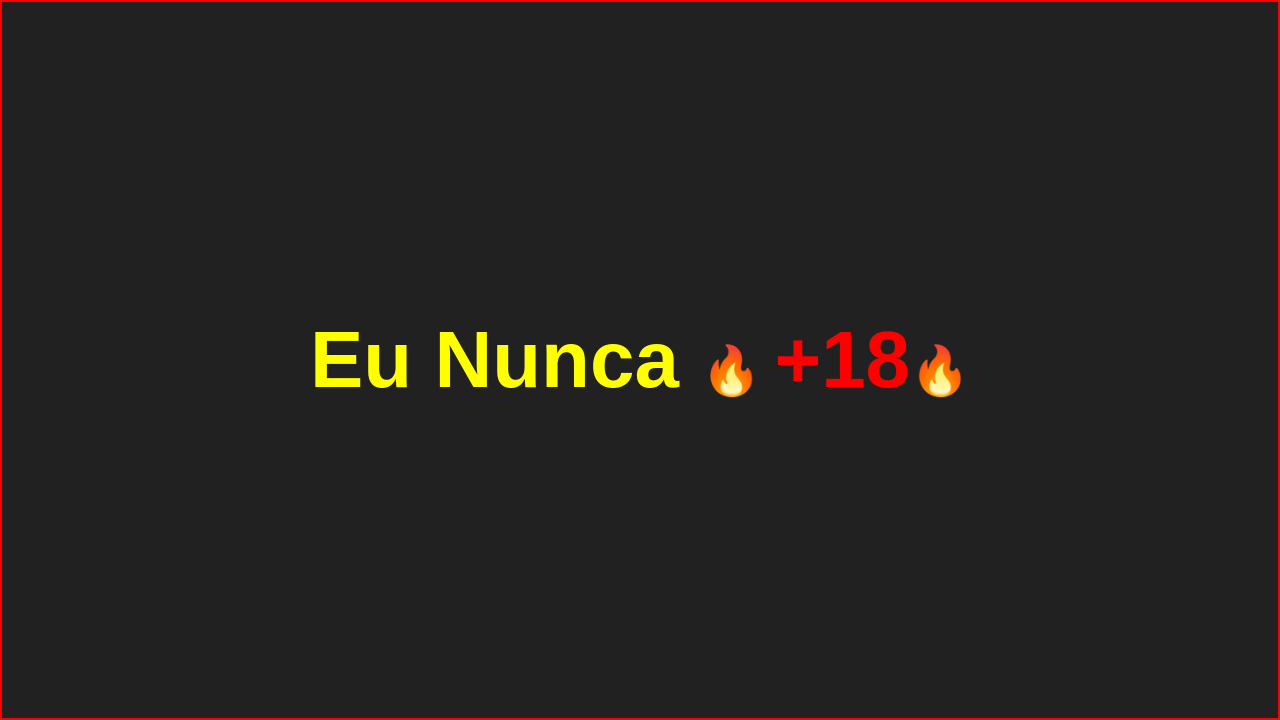
Repository: odiloalmeida/inever
Page: index.html
The author's editor kept a copy of each file at every save. The page is drawn from the files as they stood at one save, then again after the next save.
The browser window is 1280 px wide. The pictures show the whole page.

Above is the page before, as saved 2023-01-31 20:24:35.

After the next save:
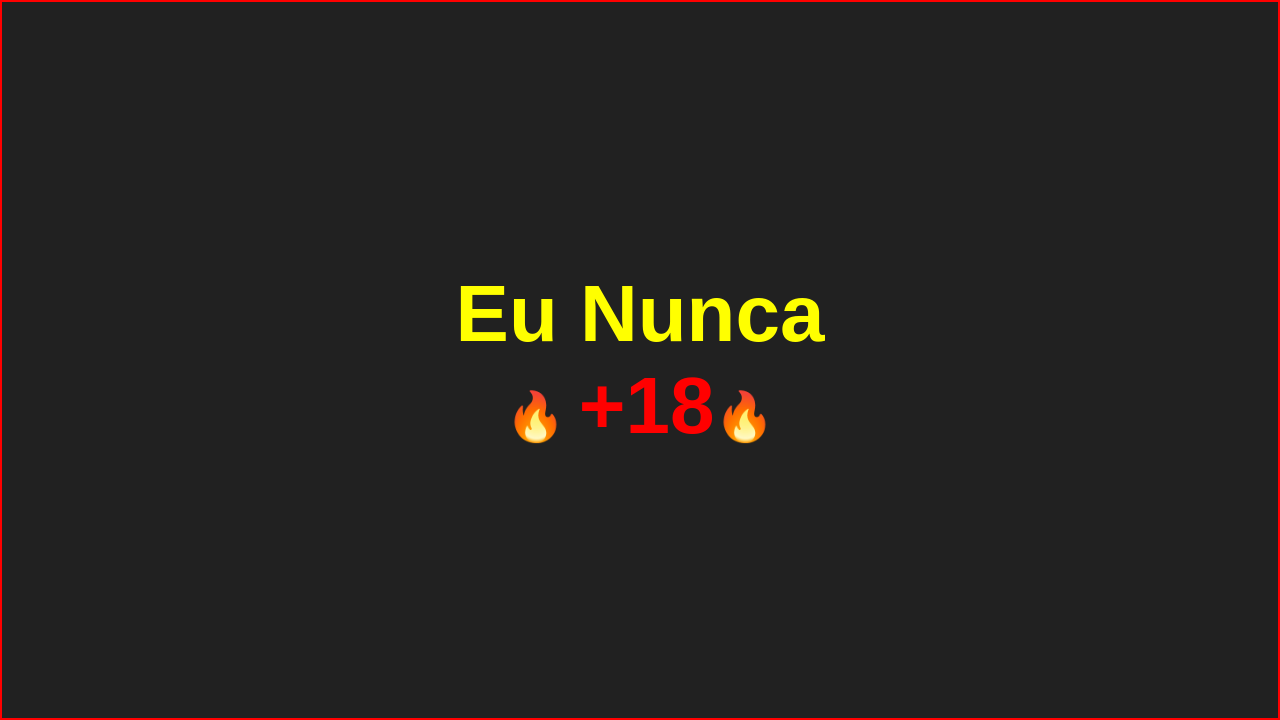
Saved 4 s later.
--- a/index.html
+++ b/index.html
@@ -10,7 +10,7 @@
 </head>
 
 <body>
-    <button id="myButton" onclick="changeButtonName()"><span>Eu Nunca </span> &#128293 <span2>+18</span2>&#128293</button>
+    <button id="myButton" onclick="changeButtonName()"><span>Eu Nunca </span><br> &#128293 <span2>+18</span2>&#128293</button>
 </body>
 
 <script>
